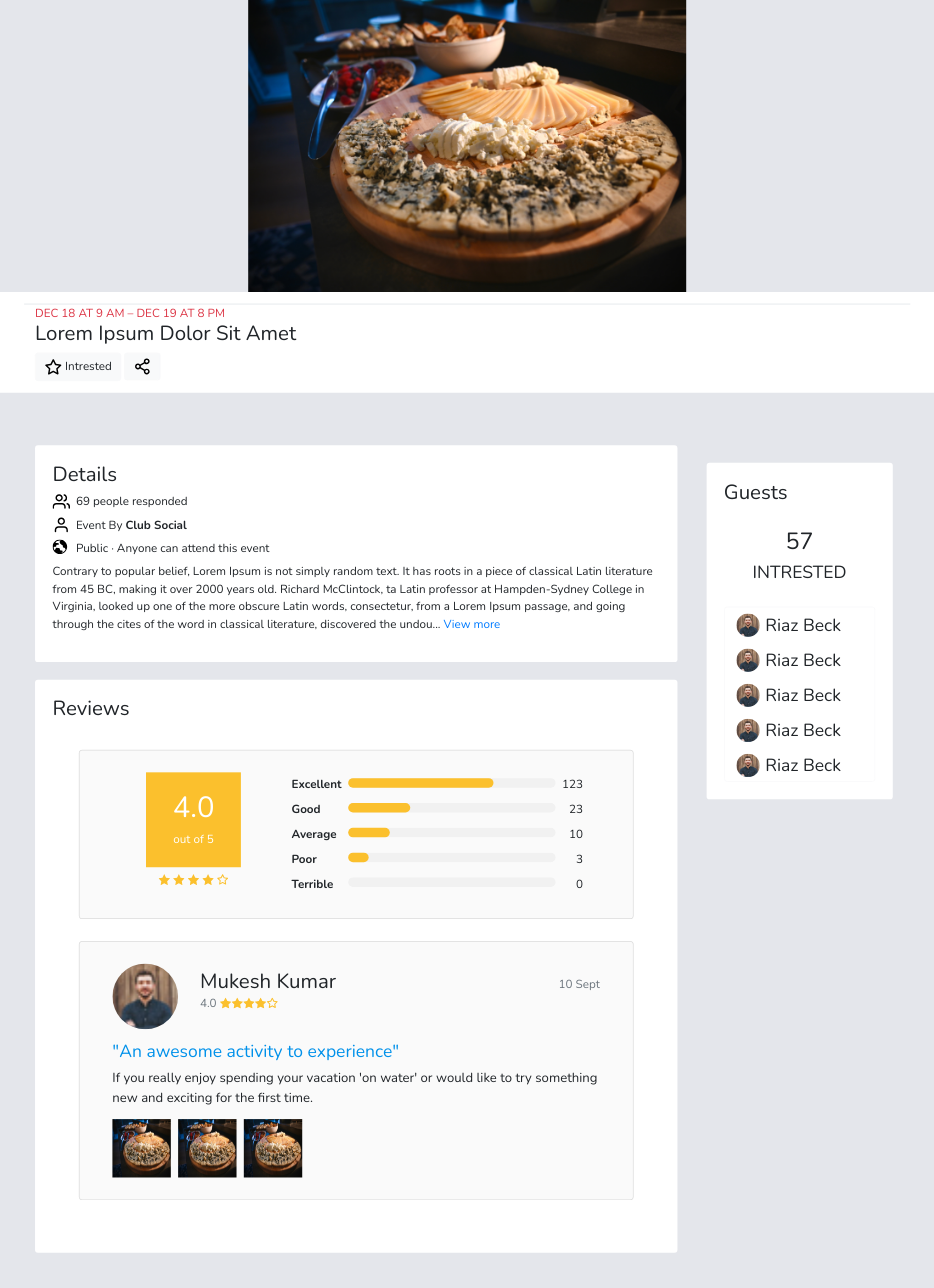
Repository: iamrachid/ensaevents
Page: event.html
An editor plug-in stored every save of this project. The page is shown before and after the next save, followed by the edit.
The browser window is 1280 px wide. The pictures show the whole page, at 73% of full size.

Above is the page before, as saved 2021-11-25 18:05:49.

After the next save:
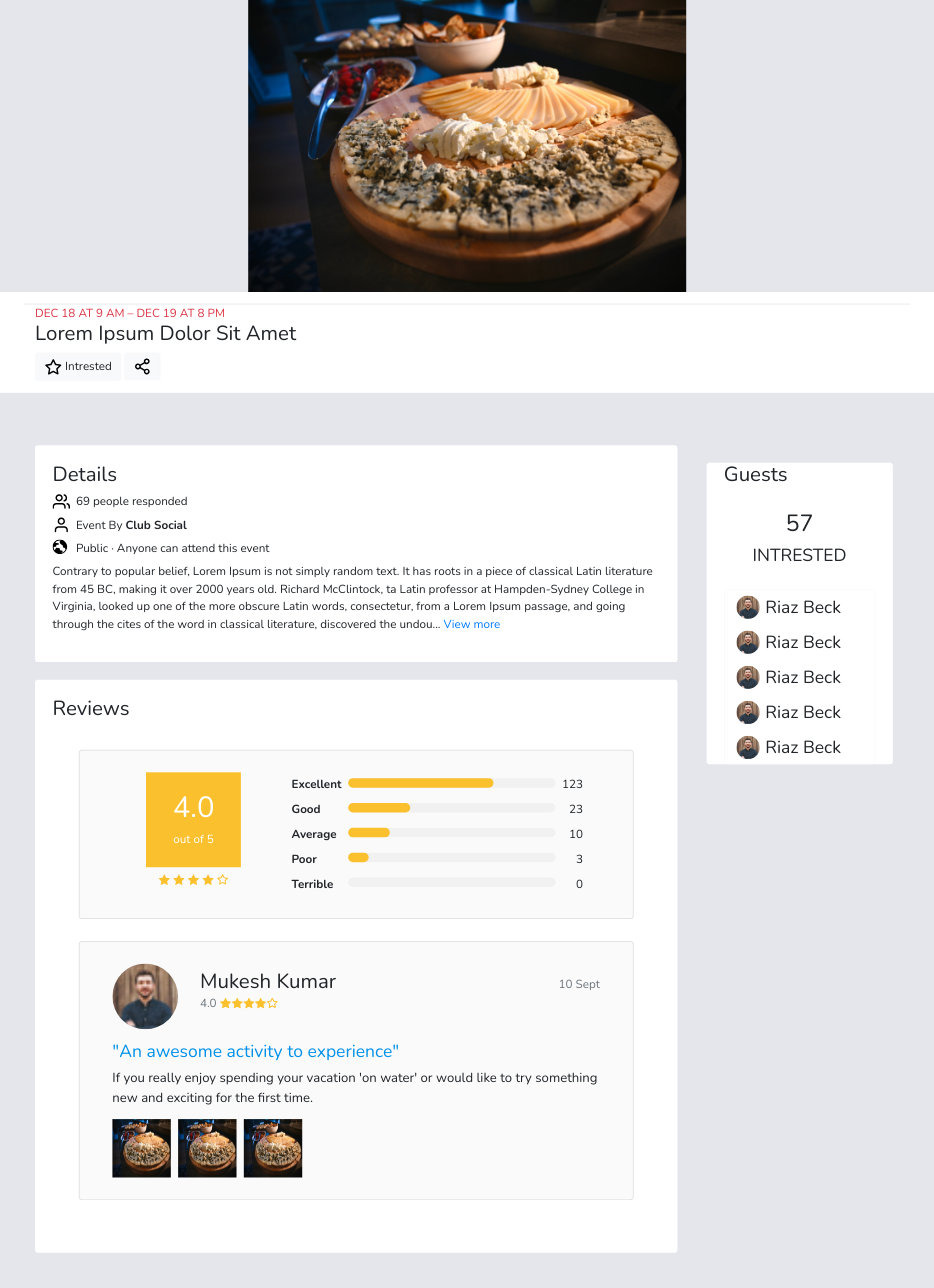
Saved 20 s later.
--- a/event.html
+++ b/event.html
@@ -235,7 +235,7 @@
                 </div>
             </div>
             <div class="p-4 col-md-4 col-lg-3  col-sm-12 ">
-                <div class="bg-white mt-4 p-4 rounded">
+                <div class="bg-white mt-4 px-4 rounded">
                     <h3>Guests</h3>
                     <div class="d-flex justify-content-center py-4">
                         <div class="d-flex flex-column align-items-center">
